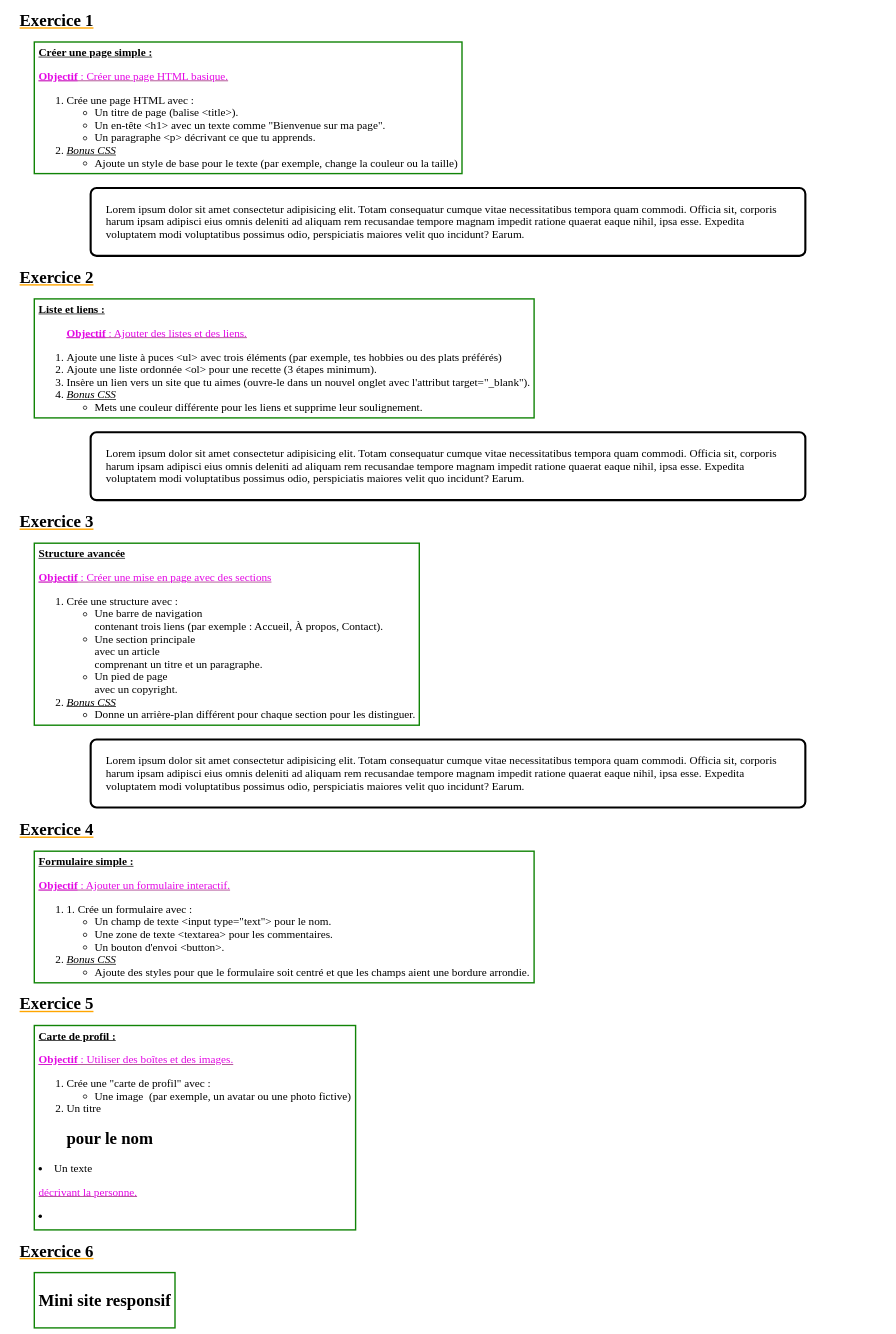
Repository: AnnaSpirit/Mimo_App
Page: Exercices_HTML&CSS.html
The author's editor kept a copy of each file at every save. The page is drawn from the files as they stood at one save, then again after the next save.
The browser window is 1280 px wide. The pictures show the whole page, at 70% of full size.

Above is the page before, as saved 2024-12-08 10:50:55.

After the next save:
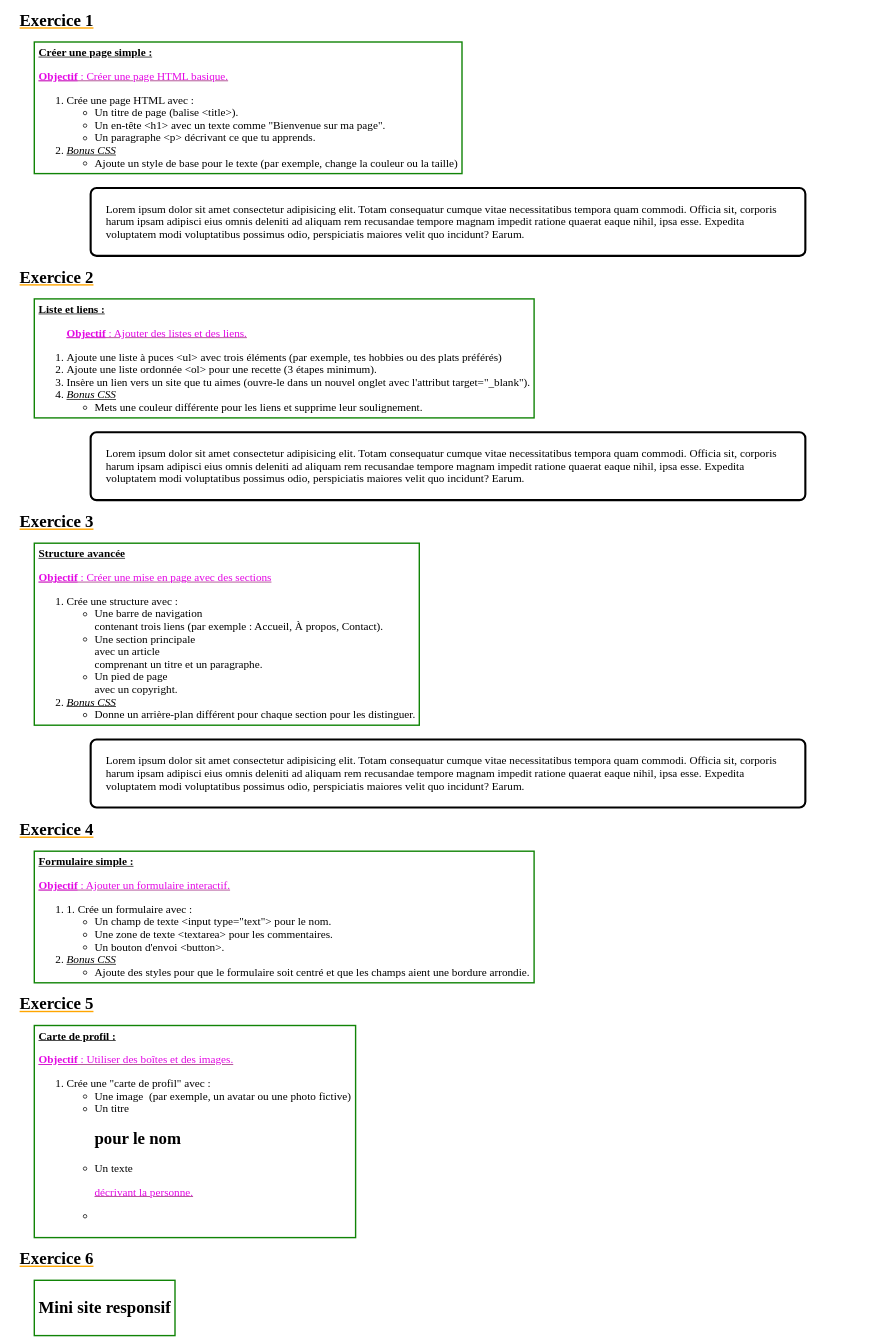
Saved 18 s later.
--- a/Exercices_HTML&CSS.html
+++ b/Exercices_HTML&CSS.html
@@ -103,9 +103,9 @@
             <ol>
                 <li>Crée une "carte de profil" avec :</li>
                     <ul>
-                        <li>Une image <img> (par exemple, un avatar ou une photo fictive)</ul>
-                    <li>Un titre <h2> pour le nom</ol>
-                    <li>Un texte <p> décrivant la personne.</ol>
+                        <li>Une image <img> (par exemple, un avatar ou une photo fictive)</li>
+                    <li>Un titre <h2> pour le nom</li>
+                    <li>Un texte <p> décrivant la personne.</li>
                 </li>
                 <li>
                     <ol></ol>
